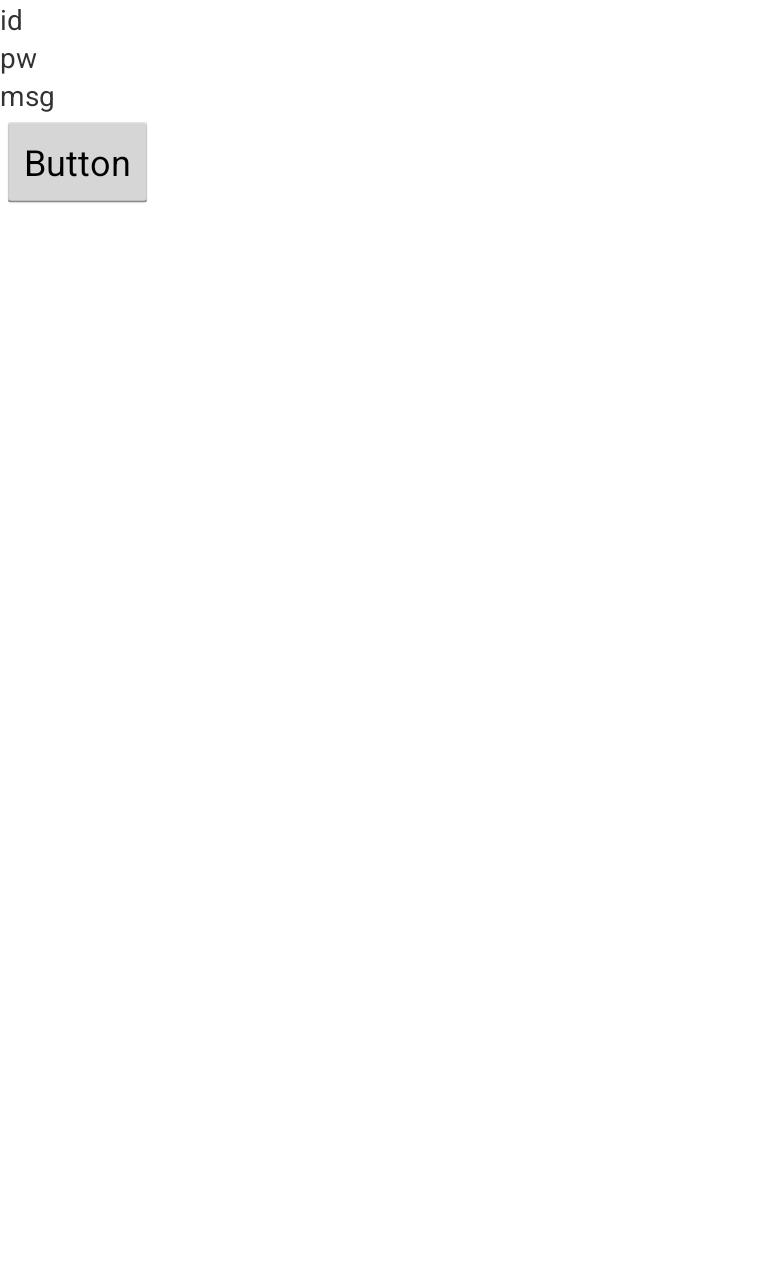
Repository: mewards/Android_Study
Layout: hw/wooil/hw4/res/layout/check.xml
These files come from the project's save history. The layout is drawn as it stood at one moment and after a run of saves; the edit follows.
It is drawn on a 768 x 1280 px phone screen (xhdpi) without system bars, with theme AppTheme; the app's code is not run.

Above is the layout before, as saved 2014-03-04 05:38:47.

### hw/wooil/hw4/res/layout/check.xml
<?xml version="1.0" encoding="utf-8"?>
<LinearLayout xmlns:android="http://schemas.android.com/apk/res/android"
    android:layout_width="match_parent"
    android:layout_height="match_parent"
    android:orientation="vertical" >

    <TextView
        android:id="@+id/idChk"
        android:layout_width="wrap_content"
        android:layout_height="wrap_content"
        android:text="id" />

    <TextView
        android:id="@+id/pwChk"
        android:layout_width="wrap_content"
        android:layout_height="wrap_content"
        android:text="pw" />

    <LinearLayout
        android:layout_width="match_parent"
        android:layout_height="wrap_content" >

        <TextView
            android:id="@+id/errorMsg"
            android:layout_width="wrap_content"
            android:layout_height="wrap_content"
            android:text="msg" />
    </LinearLayout>

    <LinearLayout
        android:layout_width="match_parent"
        android:layout_height="match_parent" >

        <Button
            android:id="@+id/button1"
            android:layout_width="wrap_content"
            android:layout_height="wrap_content"
            android:text="Button"
            android:layout_gravity="center_vertical"
            android:layout_gravity="center_horizontal"/>
    </LinearLayout>

</LinearLayout>

Loaded but not shown: hw/wooil/hw4/res/values/styles.xml (common file); hw/wooil/hw4/res/values-v11/styles.xml (common file); hw/wooil/hw4/res/values-v14/styles.xml (common file)

After the next 2 saves:
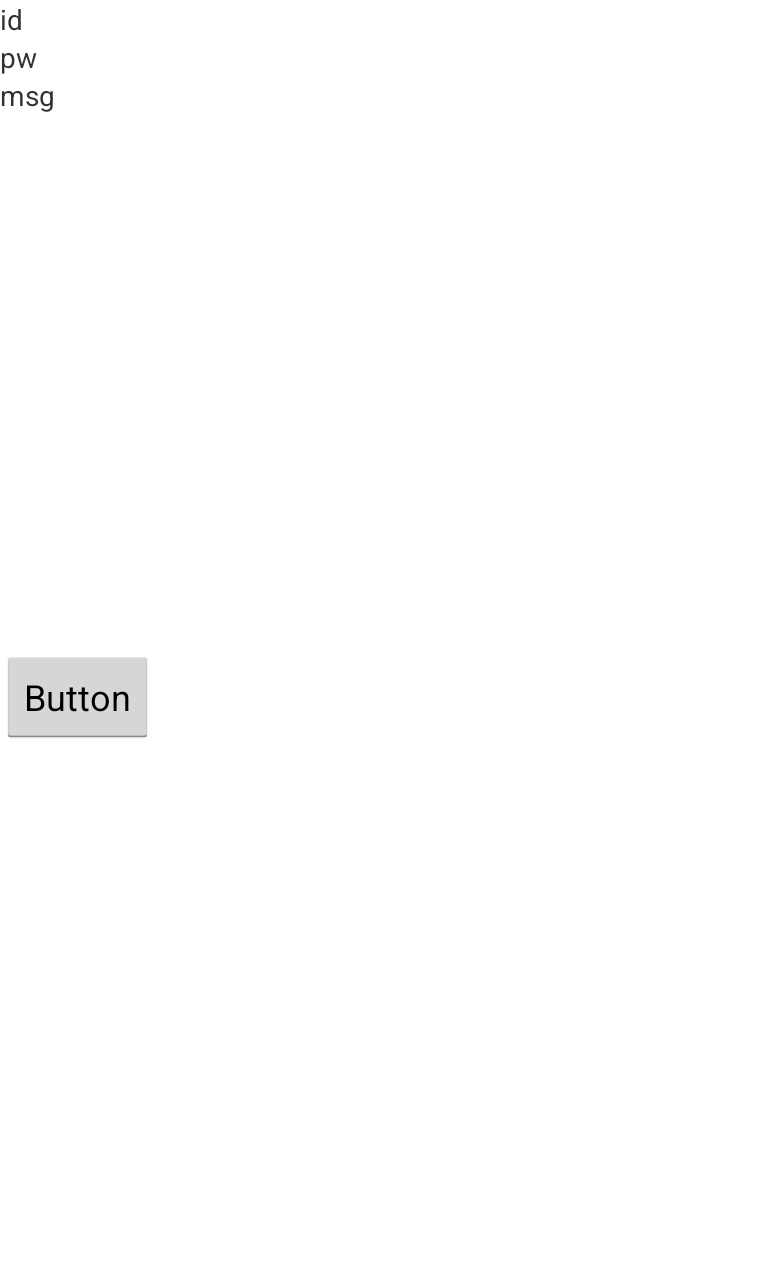
The 2 saves are shown as one change because they came seconds apart.
The last was saved 17 s later.
--- a/hw/wooil/hw4/res/layout/check.xml
+++ b/hw/wooil/hw4/res/layout/check.xml
@@ -35,9 +35,8 @@
             android:id="@+id/button1"
             android:layout_width="wrap_content"
             android:layout_height="wrap_content"
-            android:text="Button"
-            android:layout_gravity="center_vertical"
-            android:layout_gravity="center_horizontal"/>
+            android:layout_gravity="center"
+            android:text="Button" />
     </LinearLayout>
 
 </LinearLayout>

After the 3 saves that followed:
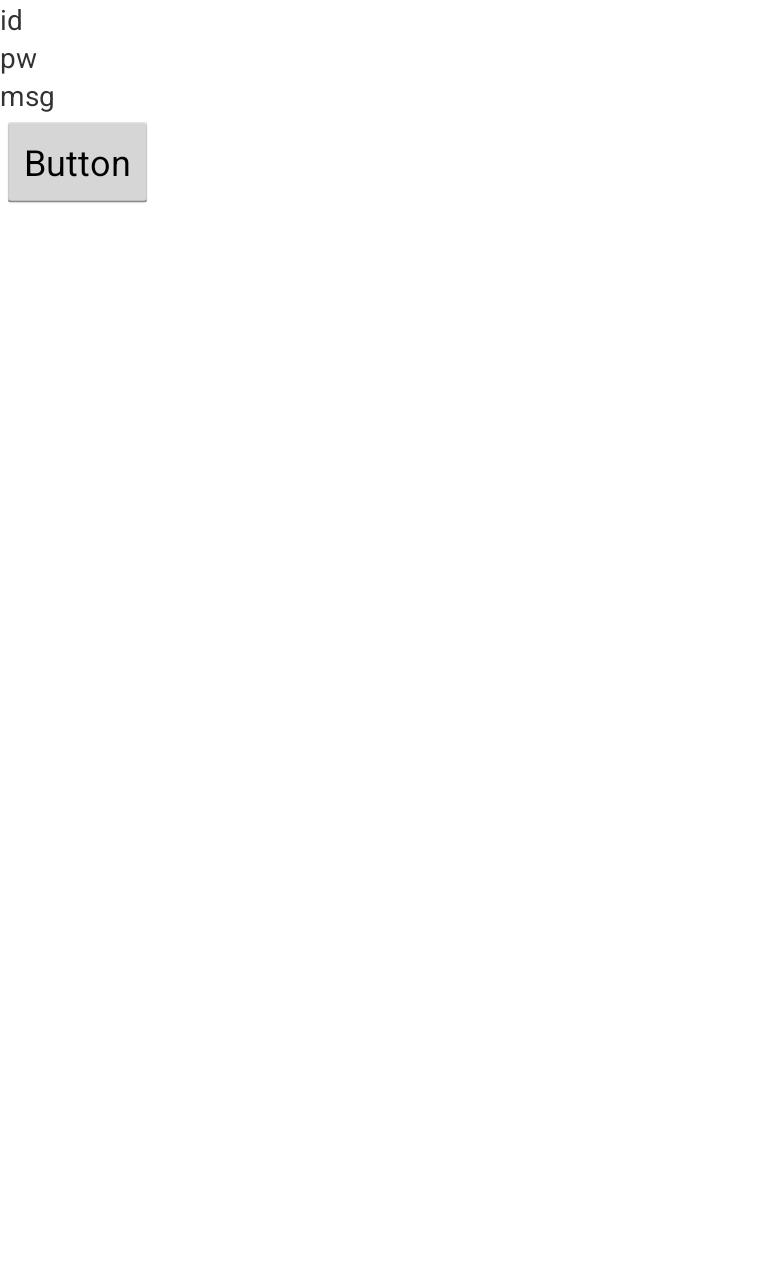
The 3 saves are shown as one change because 2 left the picture as it was.
The last was saved 38 s later.
--- a/hw/wooil/hw4/res/layout/check.xml
+++ b/hw/wooil/hw4/res/layout/check.xml
@@ -35,7 +35,7 @@
             android:id="@+id/button1"
             android:layout_width="wrap_content"
             android:layout_height="wrap_content"
-            android:layout_gravity="center"
+            android:layout_gravity="center_horizontal|"
             android:text="Button" />
     </LinearLayout>
 
